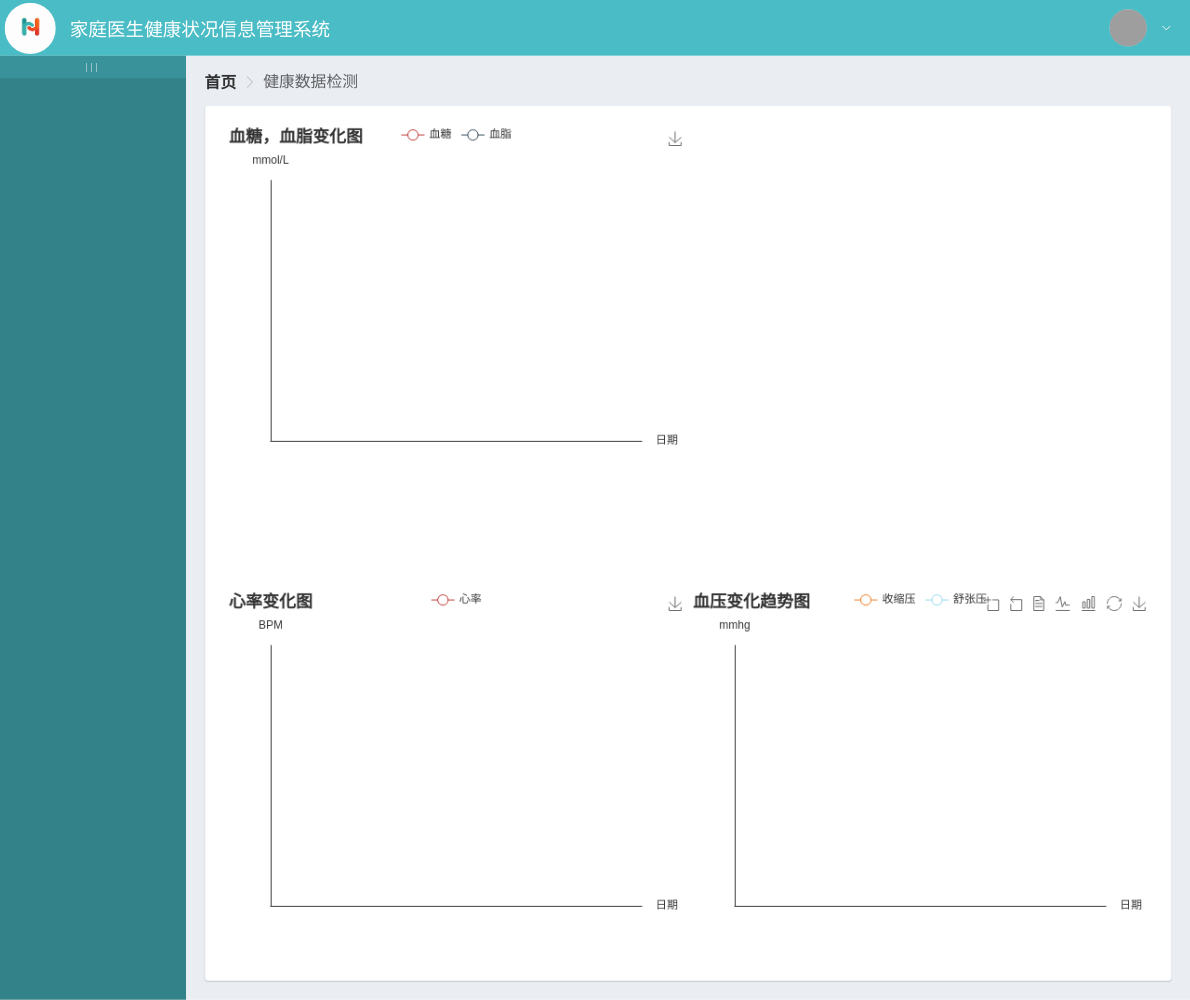
Repository: hyyBubbly/community-web-vue
Page: /#/healthyData (app in community/)
These files come from the project's save history. The page is drawn as it stood at one moment and after the next save; the edit follows.
The browser window is 1280 px wide. The pictures show the whole page, at 93% of full size.
Pictures or frames that could not be fetched are drawn as grey boxes. The page's requests for data from a server got no answer. The project was rebuilt for these pictures with package versions that can differ from the ones it lists, and the page was loaded fresh each time. No one was signed in, and anything a server would have sent is missing. Also part of the build but not shown: community/vue.config.js, community/src/components/Login.vue, community/src/components/Welcome.vue, community/src/components/User/UserList.vue, community/src/components/admin/WorkerList.vue, community/src/components/community/CommunityList.vue, community/src/components/healthfiles/Healthiness.vue, community/src/components/User/OlderInfoList.vue and 13 more.

Above is the page before, as saved 2024-01-29 00:59:22.

### community/src/main.js
import Vue from 'vue'
import App from './App.vue'
import router from './router'
import './plugins/element.js'
import './assets/css/global.css'
import md5 from 'md5.js'
//引入iconfont
import './assets/font/iconfont.css'
// 导入axios
import axios from 'axios'
import moment from "moment"
import echarts from 'echarts'
Vue.prototype.$echarts = echarts
//时间转化
Vue.prototype.$moment = moment;
// 挂载axios 到Vue的原型prototype的$http
Vue.prototype.$http = axios
// 设置请求的根路径
axios.defaults.baseURL = "http://localhost:9001"
Vue.config.productionTip = false
//md5加密
Vue.prototype.$md5 = md5;



new Vue({
  router,
  render: h => h(App)
}).$mount('#app')

### community/src/App.vue
<template>
  <div id="app">
    <router-view></router-view>
  </div>
</template>
<script>
  // export default {
  //   name: 'App',
  //   provide(){
  //     return {
  //       reload: this.reload
  //     }
  //   },
  //   data(){
  //     return {
  //       isRouterAlive: true
  //     }
  //   },
  //   methods:{
  //     reload() {
  //       this.isRouterAlive = false;
  //       this.$nextTick(function (){
  //         this.isRouterAlive = true
  //       })
  //     }
  //   }
  // }
</script>
<style>

</style>

### community/src/assets/css/global.css
/* 全局样式 */
HTML,body,#app{
	height: 100%;
	margin: 0;
	padding: 0;
}
/* 卡片区域  !important 提高样式级别*/
.el-card{
	box-shadow: 0 1px 1px rgba(0,8,10,0.15) !important;
}

/*表格样式*/
.el-table{
	margin-top: 15px;
	font-size: 12px;
	min-width: 350px;
}

### community/src/assets/font/iconfont.css
@font-face {
  font-family: "iconfont"; /* Project id 3270408 */
  src: url('iconfont.woff2?t=1652753196788') format('woff2'),
       url('iconfont.woff?t=1652753196788') format('woff'),
       url('iconfont.ttf?t=1652753196788') format('truetype');
}

.iconfont {
  font-family: "iconfont" !important;
  font-size: 16px;
  font-style: normal;
  -webkit-font-smoothing: antialiased;
  -moz-osx-font-smoothing: grayscale;
}

.icon-huoyuedu:before {
  content: "\e607";
}

.icon-xiaoqushu:before {
  content: "\e6df";
}

.icon-fangwenliang:before {
  content: "\e646";
}

.icon-duzheliuyan:before {
  content: "\e604";
}

.icon-hudongshequ:before {
  content: "\e62f";
}

.icon-huoyueshu:before {
  content: "\e702";
}

.icon-community:before {
  content: "\e61c";
}

.icon-shujujiance:before {
  content: "\e683";
}

.icon-huzhu:before {
  content: "\e778";
}

.icon-denglu:before {
  content: "\e603";
}

.icon-mima:before {
  content: "\e65c";
}

.icon-gouwuche:before {
  content: "\e600";
}

.icon-2jiankangzhishi:before {
  content: "\e622";
}

.icon-huodong:before {
  content: "\e630";
}

.icon-canyinguanli:before {
  content: "\e624";
}

.icon-huodong1:before {
  content: "\e870";
}

.icon-jiankangdanganx:before {
  content: "\e60d";
}

.icon-yiliaohuzhu:before {
  content: "\e686";
}

.icon-yonghu:before {
  content: "\e633";
}

.icon-guanliyuan:before {
  content: "\e62a";
}

.icon-guanliyuan1:before {
  content: "\e681";
}

.icon-menu_lrkh:before {
  content: "\e656";
}

.icon-shequ:before {
  content: "\e663";
}

### community/src/components/Home.vue
<template>
  <!-- 引入布局 -->
  <el-container class="home-container" v-loading="loading">
    <!-- 头部 -->
    <el-header>
      <div class="clickPop">
        <img src="../assets/sportlogo.jpg" alt />
        <span class="span-font">家庭医生健康状况信息管理系统</span>
      </div>
      <el-dropdown class="clickPop">
        <el-avatar src="https://cube.elemecdn.com/0/88/03b0d39583f48206768a7534e55bcpng.png"
          style="margin-right: 10px"></el-avatar>
        <span class="el-dropdown-link">
          {{ getUsername() }}<i class="el-icon-arrow-down el-icon--right"></i>
        </span>
        <el-dropdown-menu slot="dropdown">
          <el-dropdown-item><span @click="Main">首页</span></el-dropdown-item>
          <!--            <el-dropdown-item><el-badge :value="12"><span @click="">购物车</span></el-badge></el-dropdown-item>-->
          <el-dropdown-item><span @click="$router.push({ path: '/personal' })">个人中心</span></el-dropdown-item>
          <el-dropdown-item><span type="info" @click="quit">安全退出</span></el-dropdown-item>
        </el-dropdown-menu>
      </el-dropdown>

    </el-header>
    <!-- 主体 -->
    <el-container>
      <!-- 侧边栏 -->
      <el-aside :width="width">
        <el-menu background-color="#46afb9" text-color="#fff" active-text-color="#889fa0" unique-opened
          :collapse="isCollapse" :collapse-transition="false" :router="true" :default-active="activePath">
          <div class="toggle-button" @click="toggleCollapase">|||</div>
          <!-- 一级菜单 -->
          <el-submenu :index="item.id + ''" v-for="item in menuList" :key="item.id">
            <template slot="title">
              <i :class="iconsObject[item.id]"></i>
              <span style="margin-left: 7px">{{ item.title }}</span>
            </template>
            <!-- 二级菜单 -->
            <el-menu-item :index="it.path + ''" v-for="it in item.sList" :key="it.id" @click="saveNavState()">
              <template slot="title">
                <i :class="iconsObject[it.id]"></i>
                <span style="margin-left: 7px">{{ it.title }}</span>
              </template>
            </el-menu-item>
          </el-submenu>
        </el-menu>
      </el-aside>
      <!-- 主体内容 -->
      <el-main>
        <router-view></router-view>
      </el-main>
      <el-dialog title="用户评价" :visible.sync="isDialog" width="40%">
        <el-col :span="7" style="margin-top: 15px"><el-rate v-model="assessForm.assess" show-text></el-rate></el-col>
        <!-- 内容底部区域    -->
        <span slot="footer" class="dialog-footer">
          <el-button @click="isDialog = false">取 消</el-button>
          <el-button type="primary" @click="logout">确 认</el-button>
        </span>
      </el-dialog>
    </el-container>
  </el-container>
</template>
<script>
export default {
  data() {
    return {
      //菜单列表
      loading: true,
      width: "200px",
      menuList: [],
      isCollapse: false,
      sList: [],
      assessForm: {
        assess: ""
      },
      isPopup: false,
      isDialog: false,
      percentage: 0,
      customColors: "",
      token: "",
      editPassword: {
        id: "",
        username: "",
        oldPassword: "",
        newPassword: "",
        passwordConfirm: ""
      },
      iconsObject: {
        '100': 'iconfont icon-yonghu',
        '200': 'iconfont icon-shequ',
        '300': 'iconfont icon-jiankangdanganx',
        '400': 'iconfont icon-huzhu',
        '500': 'iconfont icon-2jiankangzhishi',
        '600': 'iconfont icon-huodong1',
        '101': 'iconfont icon-guanliyuan1',
        '102': 'iconfont icon-yonghu',
        '103': 'iconfont icon-menu_lrkh',
        '201': 'iconfont icon-shequ',
        '301': 'iconfont icon-jiankangdanganx',
        '302': 'iconfont icon-shujujiance',
        '401': 'iconfont icon-yiliaohuzhu',
        '402': 'iconfont icon-gouwuche',
        '403': 'iconfont icon-canyinguanli',
        '501': 'iconfont icon-2jiankangzhishi',
        '601': 'iconfont icon-huodong1',
      },
      activePath: "/welcome",// 默认路径
    }
  },
  // onload事件
  created() {
    //查询menuList
    this.getUsername();
    this.getMenuList();
    this.activePath = window.sessionStorage.getItem('activePath');//取出session里的path动态修改
    this.loading = false;
  },
  methods: {
    quit() {
      if (window.sessionStorage.getItem("isAssess") === "1") {
        return this.logout()
      }
      this.isDialog = true
    },
    Main() {
      this.$router.push("/welcome");
    },
    getUsername() {
      this.editPassword.id = window.sessionStorage.getItem("id");
      this.editPassword.username = window.sessionStorage.getItem("workName");
      return this.editPassword.username;
    },
    //安全退出
    async logout() {
      if (this.assessForm.assess !== '' && this.assessForm.assess !== null && this.assessForm.assess !== 0) {
        this.assessForm.workId = window.sessionStorage.getItem("id")
        this.assessForm.createName = window.sessionStorage.getItem("workName")
        this.assessForm.roleId = window.sessionStorage.getItem("roleId")
        const { data: res } = await this.$http.post("/assess/addAssess", this.assessForm)
        if (res !== "success") {
          return this.$message.error("评价失败！！！")
        }
        this.$message.success("评价成功！！！")
      }
      const confirmResult = await this.$confirm('是否确定退出？', '提示', {
        confirmButtonText: "确定",
        cancelButtonText: "取消",
        type: 'warning'
      }).catch(err => err)
      if (confirmResult !== 'confirm') {//取消
        return this.$message.info("已取消退出");
      }
      window.sessionStorage.clear();//清除session
      window.localStorage.clear();
      await this.$router.push("/login");//回到首页
    },
    //获取导航菜单
    async getMenuList() {
      let token
      if (window.sessionStorage.getItem("roleId") === '' || window.sessionStorage.getItem("roleId") === null) {
        token = this.$route.query.roleId
      } else {
        token = window.sessionStorage.getItem("roleId")
      }
      const { data: res } = await this.$http.get("menus?roleId=" + token);
      console.log(res);
      if (res.flag !== 200)
        return this.$message.error("获取列表失败!!!");//访问失败的错误信息
      this.menuList = res.menus;//返回数据
    },

    //控制伸缩
    toggleCollapase() {
      this.isCollapse = !this.isCollapse;
      if (this.isCollapse === true) {
        this.width = "64px";
      } else {
        this.width = "200px";
      }
    },
    //保存路径
    saveNavState(activePath) {
      window.sessionStorage.setItem('activePath', activePath);//存放在session里
      this.activePath = activePath;
    }
  }
}
</script>

<style lang="less" scoped>
// 全局样式
.home-container {
  height: 100%;
}

//头部样式
.el-header {
  // background-color: #373d41;
  background-color: #4abcc6;
  display: flex;
  align-items: center;
  justify-content: space-between; //左右贴边
  padding-left: 0%; //左边界
  color: #fff;
  font-size: 20px;
}

.clickPop {
  display: flex;
  align-items: center;
  cursor: pointer; //显示小手

  img {
    border-radius: 50%;
    margin: 5px;
  }
}

.span-font {
  margin-left: 10px;
  font-family: 隶书;
}

//侧边栏样式
.el-aside {
  background-color: #348289;

  .el-menu {
    border-right: none;
  }

  .el-submenu__title i,
  .el-menu-item i {
    color: #ffffff;
  }

  .el-menu-item.is-active {
    text-shadow:0 0 5px #FFFF66,1px 1px 1px #fff,-1px -1px 1px #fff,0 0 10px #FFFF99,0 0 20px #B9EB50;
  }
}

//主体样式
.el-main {
  background-color: #eaedf1;
}

img {
  width: 55px;
  height: 55px;
}

// |||按钮样式
.toggle-button {
  background-color: #399199;
  font-size: 10px;
  line-height: 24px;
  color: #fff;
  text-align: center;
  letter-spacing: 0.2rem;
  cursor: pointer; //显示小手
}

.el-dropdown-link {
  cursor: pointer;
  color: #fffdef;
}

.el-icon-arrow-down {
  font-size: 12px;
}
</style>

### community/src/components/healthfiles/HealthyData.vue
<template>
  <div>
    <el-breadcrumb separator-class="el-icon-arrow-right">
      <el-breadcrumb-item :to="{ path: '/home' }">首页</el-breadcrumb-item>
      <el-breadcrumb-item>健康数据检测</el-breadcrumb-item>
    </el-breadcrumb>
    <el-card style="height: 100%">
      <el-row>
        <!-- <el-col style="width: 50%;height: 300px;">
          <label>老人姓名：</label>
          <el-select placeholder="请选择老人" v-model="queryInfo.olderId" @change="getInternalList" clearable filterable
            style="width: 50%; padding-right: 10px">
            <el-option v-for="item in olderDrop" :key="item.olderId" :label="item.olderName" :value="item.olderId">
            </el-option>
          </el-select>
          <el-image :src="img" style="height: 300px;width: 400px;margin-top: 20px"></el-image>
        </el-col> -->
        <el-col id="drawLine" style="width: 50%;height: 400px;"></el-col>
      </el-row>
      <el-row style="margin-top: 100px;">
        <el-col id="line" style="width: 50%;height: 400px;"></el-col>
        <el-col id="id" style="width: 50%;height: 400px;"></el-col>
      </el-row>
    </el-card>
  </div>
</template>
<script>

export default {
  name: 'HealthyData',
  data() {
    return {
      queryInfo: {
        orderId: "",
        userId: ""
      },
      olderDrop: [{
        orderId: "",
        orderName: ""
      }],
      internalList: [{
        heartRate: "",
        bloodPressure: "",
        bloodSugar: "",
        bloodFat: "",
        pulse: "",
        liverFunction: "",
        renalFunction: "",
        bloodRoutine: "",
        urinalysis: "",
        CDultrasound: "",
        physician: "",
        photo: ""
      }],
      dataX: [],
      dataY: [],
      dataHeightY: [],
      dataLowY: [],
      dataFatY: [],
      dataSugarY: [],
      img: "",
      token: ""
    }
  },
  created() {
    // this.selectOlderDrop();
    this.getInternalList();
  },
  methods: {
    //获取内科信息
    async getInternalList() {
      this.dataX = [];
      this.dataY = [];
      this.dataHeightY = [];
      this.dataLowY = [];
      this.token = window.sessionStorage.getItem("roleId")
      if (this.token === '4') {
        this.queryInfo.userId = window.sessionStorage.getItem("id")
      } else {
        this.queryInfo.userId = ''
      }
      const { data: res } = await this.$http.get("/healthy/internalList?olderId=" + "2")
      this.internalList = res;
      this.img = require('@/' + this.internalList[0].photo)
      for (let i = 0; i < this.internalList.length; i++) {
        this.dataX.push(this.$moment(this.internalList[i].createTime).format('YYYY/MM'))
        this.dataY.push(this.internalList[i].heartRate)
        this.dataHeightY.push(this.internalList[i].bloodPressure.split("/")[0])
        this.dataLowY.push(this.internalList[i].bloodPressure.split("/")[1])
        this.dataFatY.push(this.internalList[i].bloodFat)
        this.dataSugarY.push(this.internalList[i].bloodSugar)
      }
      this.myLine();
      this.myEcharts();
      this.drawLine();
    },
    async selectOlderDrop() {
      this.token = window.sessionStorage.getItem("roleId")
      if (this.token === '4') {
        this.queryInfo.userId = window.sessionStorage.getItem("id")
      } else {
        this.queryInfo.userId = ''
      }
      // const {data: res} = await this.$http.get("/healthy/olderDrop?userId=" + this.queryInfo.userId);
      // this.olderDrop = res;
      // this.queryInfo.olderId = this.olderDrop[0].olderId
      this.olderDrop = [
        {
          "olderId": this.queryInfo.userId,
          "olderName": "testMyself"
        },
        {
          "olderId": 2,
          "olderName": "testChange"
        }]
      this.queryInfo.olderId = this.olderDrop[0].olderId
      await this.getInternalList()
    },
    drawLine() {
      // 基于准备好的dom，初始化echarts实例
      const myChart = this.$echarts.init(document.getElementById('drawLine'));
      // 指定图表的配置项和数据
      const option = {
        title: {
          text: '血糖，血脂变化图'
        },
        toolbox: {
          feature: {
            saveAsImage: {}
          }
        },
        tooltip: {},
        legend: {
          data: ['血糖', '血脂']
        },
        xAxis: {
          boundaryGap: false,
          data: this.dataX,
          name: '日期'
        },
        yAxis: {
          name: 'mmol/L'
        },
        visualMap: [{
          show: false,
          dimension: 1,
          seriesIndex: 0,
          pieces: [{ gte: 4.1, lte: 6.1, color: '#2a5caa' }],
          outOfRange: {
            color: 'red'
          }
        },
        {
          show: false,
          dimension: 1,
          seriesIndex: 1,
          pieces: [{ gte: 2.6, lte: 3.9, color: '#7fb80e' }],
          outOfRange: {
            color: 'red'
          }
        }
        ],
        series: [{
          name: '血糖',
          type: 'line',
          data: this.dataSugarY,
        },
        {
          name: '血脂',
          type: 'line',
          data: this.dataFatY,
        }
        ]
      };
      // 使用刚指定的配置项和数据显示图表。
      myChart.setOption(option, true);
      window.onresize = function () {
        myChart.resize()
      }
    },


    myEcharts() {
      // 基于准备好的dom，初始化echarts实例
      const myChart = this.$echarts.init(document.getElementById('id'));

      // 指定图表的配置项和数据
      const option = {
        title: {
          text: '血压变化趋势图'
        },
        tooltip: {
          trigger: 'axis'
        },
        legend: {},
        toolbox: {
          show: true,
          feature: {
            dataZoom: {
              yAxisIndex: 'none'
            },
            dataView: { readOnly: false },
            magicType: { type: ['line', 'bar'] },
            restore: {},
            saveAsImage: {}
          }
        },
        xAxis: {
          type: 'category',
          boundaryGap: false,
          data: this.dataX,
          name: "日期"
        },
        yAxis: {
          type: 'value',
          name: 'mmhg'
        },
        series: [
          {
            name: '收缩压',
            type: 'line',
            data: this.dataHeightY,
            markPoint: {
              data: [
                { type: 'max', name: 'Max' },
                { type: 'min', name: 'Min' }
              ]
            },
            markLine: {
              data: [{ type: 'average', name: 'Avg' }]
            },
            itemStyle: {
              color: "#f47920"
            },
          },
          {
            name: '舒张压',
            type: 'line',
            data: this.dataLowY,
            markPoint: {
              data: [
                { type: 'max', name: 'Max' },
                { type: 'min', name: 'Min' }]
            },
            markLine: {
              data: [
                { type: 'average', name: 'Avg' },
                [
                  {
                    symbol: 'none',
                    x: '90%',
                    yAxis: 'max'
                  },
                  {
                    symbol: 'circle',
                    label: {
                      position: 'start',
                      formatter: 'Max'
                    },
                    type: 'max',
                    name: '最高点'
                  }
                ]
              ]
            },
            itemStyle: {
              color: '#90d7ec'
            },
          }
        ]
      };
      // 使用刚指定的配置项和数据显示图表。
      myChart.setOption(option);
      window.onresize = function () {
        myChart.resize()
      }
    },

    myLine() {
      // 基于准备好的dom，初始化echarts实例
      const myChart = this.$echarts.init(document.getElementById('line'));
      // 指定图表的配置项和数据
      const option = {
        title: {
          text: '心率变化图'
        },
        toolbox: {
          feature: {
            saveAsImage: {}
          }
        },
        tooltip: {},
        legend: {
          data: ['心率']
        },
        xAxis: {
          boundaryGap: false,
          data: this.dataX,
          name: '日期'
        },
        yAxis: {
          name: 'BPM'
        },
        visualMap: {
          show: false,
          dimension: 1,
          pieces: [{ gte: 70, lte: 150, color: 'green' }],
          outOfRange: {
            color: 'red'
          }
        },
        series: [{
          name: '心率',
          type: 'line',
          data: this.dataY,
          smooth: true,
          markArea: {
            itemStyle: {
              color: 'rgba(255, 173, 177, 0.4)'
            },
            data: [
              [
                {
                  name: '正常范围',
                  yAxis: '70'
                },
                {
                  yAxis: '150'
                }
              ]
            ]
          }

        }
        ]
      };
      // 使用刚指定的配置项和数据显示图表。
      myChart.setOption(option, true);
      window.onresize = function () {
        myChart.resize()
      }
    },
  },

  //调用
  mounted() {
    this.$nextTick(function () {
      this.drawLine();
      this.myEcharts()
      this.myLine()
    })
  }
}
</script>
<style lang="less" scoped>
.el-breadcrumb {
  margin-bottom: 15px;
  font-size: 17px;
}

* {
  margin: 0;
  padding: 0;
  list-style: none;
}

.el-header,
.el-footer {
  background-color: #B3C0D1;
  color: #333;
  text-align: center;
  line-height: 60px;
}

.el-aside {
  background-color: #D3DCE6;
  color: #333;
  text-align: center;
  line-height: 200px;
}

.el-main {
  background-color: #E9EEF3;
  color: #333;
  text-align: center;
  line-height: 160px;
}

body>.el-container {
  margin-bottom: 40px;
}

.el-container:nth-child(5) .el-aside,
.el-container:nth-child(6) .el-aside {
  line-height: 260px;
}

.el-container:nth-child(7) .el-aside {
  line-height: 320px;
}
</style>

Loaded but not shown: community/public/index.html (common file); community/src/plugins/element.js (common file); community/src/router/index.js (149 lines, source omitted)

After the next save:
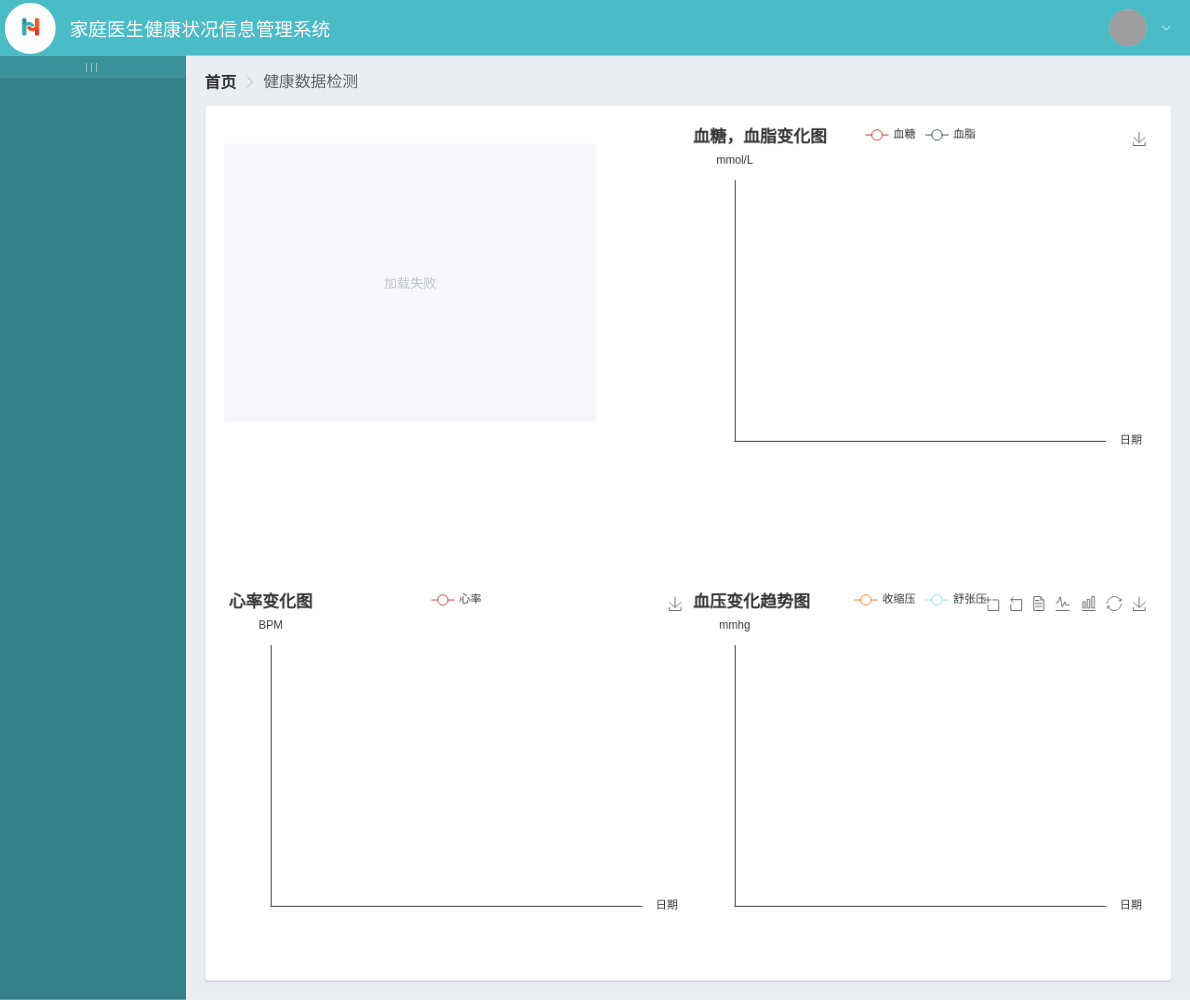
Saved 9 s later.
--- a/community/src/components/healthfiles/HealthyData.vue
+++ b/community/src/components/healthfiles/HealthyData.vue
@@ -6,15 +6,15 @@
     </el-breadcrumb>
     <el-card style="height: 100%">
       <el-row>
-        <!-- <el-col style="width: 50%;height: 300px;">
-          <label>老人姓名：</label>
+        <el-col style="width: 50%;height: 300px;">
+          <!-- <label>老人姓名：</label>
           <el-select placeholder="请选择老人" v-model="queryInfo.olderId" @change="getInternalList" clearable filterable
             style="width: 50%; padding-right: 10px">
             <el-option v-for="item in olderDrop" :key="item.olderId" :label="item.olderName" :value="item.olderId">
             </el-option>
-          </el-select>
+          </el-select> -->
           <el-image :src="img" style="height: 300px;width: 400px;margin-top: 20px"></el-image>
-        </el-col> -->
+        </el-col>
         <el-col id="drawLine" style="width: 50%;height: 400px;"></el-col>
       </el-row>
       <el-row style="margin-top: 100px;">
